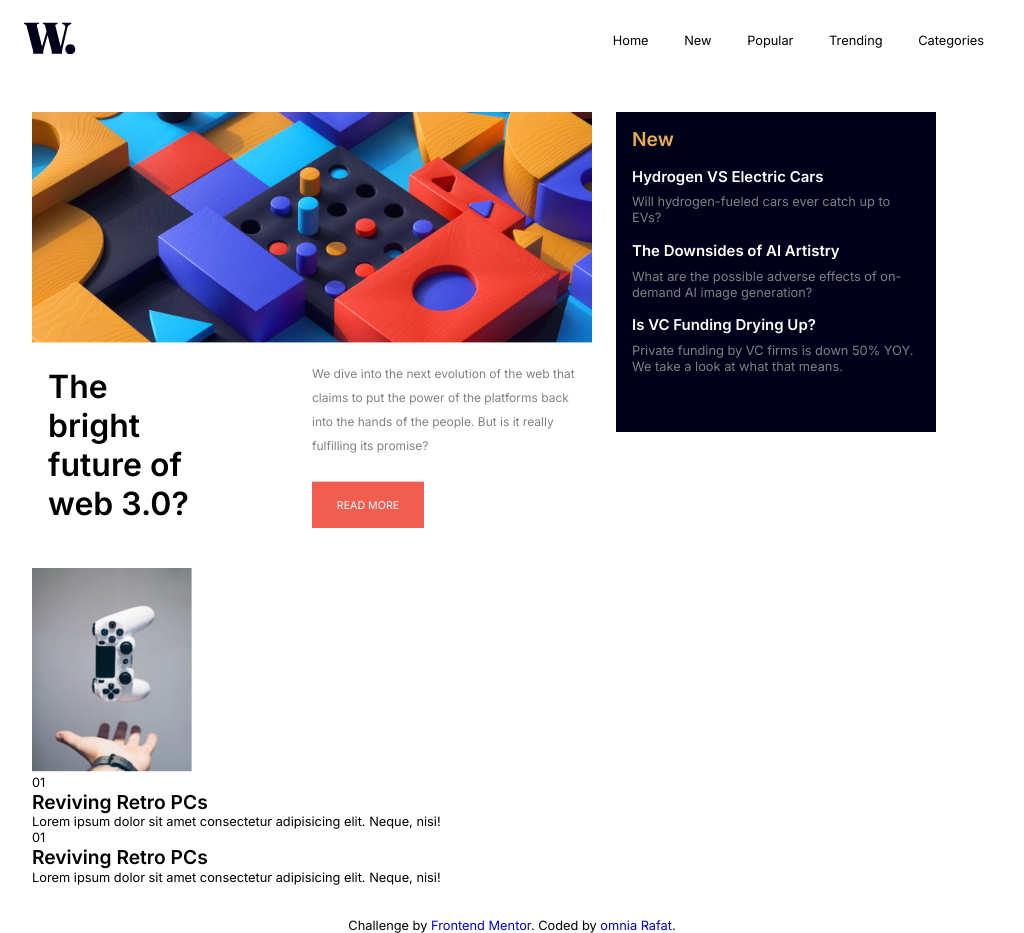
Repository: OmniaRafat232111121/HomePage
Page: index.html
The author's editor kept a copy of each file at every save. The page is drawn from the files as they stood at one save, then again after a run of saves.
The browser window is 1280 px wide. The pictures show the whole page, at 80% of full size.

Above is the page before, as saved 2022-12-17 17:21:09.

### index.html
<!DOCTYPE html>
<html lang="en">
<head>
  <meta charset="UTF-8">
  <meta name="viewport" content="width=device-width, initial-scale=1.0"> <!-- displays site properly based on user's device -->

  <link rel="icon" type="image/png" sizes="32x32" href="./assets/images/favicon-32x32.png">

  <title>Frontend Mentor | News homepage</title>
 <link rel="stylesheet" href="style.css">
</head>
<body>
  <!--header start-->
  <header class="header">
    <div class="logo">
      <a href="index.html">
        <img src="./assets/images/logo.svg" alt="image"/>
      </a>
    </div>
    <nav>
      <ul>
        <li href="index.html"><a>Home</a></li>
        <li href="#new"><a>New</a></li>
        <li href="#popular"><a>Popular</a></li>
         <li href="#trending"><a>Trending</a></li>
         <li href="#categories"><a>Categories</a></li>

      </ul>
    </nav>

  </header>
    <!--header ends-->
    <!--home start-->
    <section class="home">
      <div class="container">
        <div class="col-play">
            <img src="./assets/images/image-web-3-desktop.jpg" alt="image"/>
            <div class="content">
              <div class="heading">
                <h1>The bright future of web 3.0?</h1>

              </div>
              <div class="reading">
               <p> We dive into the next evolution of the web that claims to put the power of the platforms back into the hands of the people.
                   But is it really fulfilling its promise?</p>
                 <button>Read More</button>
                  </div>

            </div>
        </div>
        <div class="col-content">
         <div class="new">
         <h2>New</h2>
      <h3><a href="#">Hydrogen VS Electric Cars</a></h3>
      <p>Will hydrogen-fueled cars ever catch up to EVs?</p>
      <h3><a href="#">The Downsides of AI Artistry</a></h3>
      <p>What are the possible adverse effects of on-demand AI image generation?</p>
      <h3><a href="#">Is VC Funding Drying Up?</a></h3>
      <p>Private funding by VC firms is down 50% YOY. We take a look at what that means.</p>

         </div>
        </div>




        <div class="products" id="products">
          <div class="product">
            <div class="image">
            <img src="./assets/images/image-gaming-growth.jpg"/>
            </div>
            <div class="con">
              <span>01</span>
              <h2>Reviving Retro PCs</h2>
              <p>Lorem ipsum dolor sit amet consectetur adipisicing elit. Neque, nisi!</p>
            </div>

          </div>
          <div class="product">
         <span>01</span>
              <h2>Reviving Retro PCs</h2>
              <p>Lorem ipsum dolor sit amet consectetur adipisicing elit. Neque, nisi!</p>
          </div>
          <div class="product">

          </div>

        </div>
      </div>




    </section>
    <!--home end-->
  <div class="attribution">
    Challenge by <a href="https://www.frontendmentor.io?ref=challenge" target="_blank">Frontend Mentor</a>.
    Coded by <a href="#">omnia Rafat</a>.
  </div>
</body>
</html>

### style.css
@import url('https://fonts.googleapis.com/css2?family=Be+Vietnam+Pro:wght@100&family=Inter:wght@100;300;400;500;600&family=Montserrat:wght@400;700&family=Nunito:ital,wght@0,200;0,300;1,200&family=Open+Sans:ital,wght@0,300;0,600;0,700;1,300&family=Poppins:ital,wght@0,200;0,300;0,600;0,800;0,900;1,100;1,200;1,300;1,500&family=Work+Sans:ital,wght@0,100;0,200;0,400;0,500;1,200;1,300&display=swap');
*{
    margin:0;
    padding:0;
    box-sizing: border-box;
    font-family: Inter;
}
ul {
    list-style: none;
}
a{
    text-decoration: none;
}
.header{
    width: 100%;
    height:100px;
    display:flex;
    align-items: center;
    justify-content: space-between;
    padding:30px;
}
.header nav ul li{
    display: inline-block;
    padding:20px;
}
/*home*/
.home{
    padding:40px;
}
.container{
   display: grid;
    grid-template-columns: 700px 60px;
    gap: 30px;


}
.col-play{
    flex-basis: 80%;
}
.col-play img{
    max-width: 100%;
    width:100%;
}
.content{
    display:flex;
    align-items: center;
    justify-content: space-between;
    padding:20px;
}
.heading{
    flex-basis: 50%;
}
.heading h1{
    width:60%;
    font-size: 40px;
    font-weight: bold;
}
.reading{
    flex-basis: 50%;
}
.reading button{
    color:white;
    margin-top: 30px;
    background-color:hsl(5, 85%, 63%);
    border:1px solid transparent;
    padding:20px 30px ;
    text-transform: uppercase;
    display:block;
}
.reading button:hover{
color:hsl(5, 85%, 63%);
background-color: #000;
}
.reading p{
    color:hsl(0, 0%, 50%);
    line-height:2;
    font-size: 15px;
}
.col-content{
    flex-basis: 20%;
}
.new{
    width:400px;
    height:400px;
    background-color: hsl(240, 100%, 5%);
    color:#fff;
    padding:20px;
}

.new h2{
    color:hsl(35, 77%, 62%);
}
.new h3 a{
    color:#fff;
    padding-top: 20px;

}
.new h3{
    margin-top: 20px;
}
.new p{
    color:hsl(0, 0%, 50%);
    margin-top: 10px;
}
.attribution{
    text-align: center;
}

After the next 2 saves:
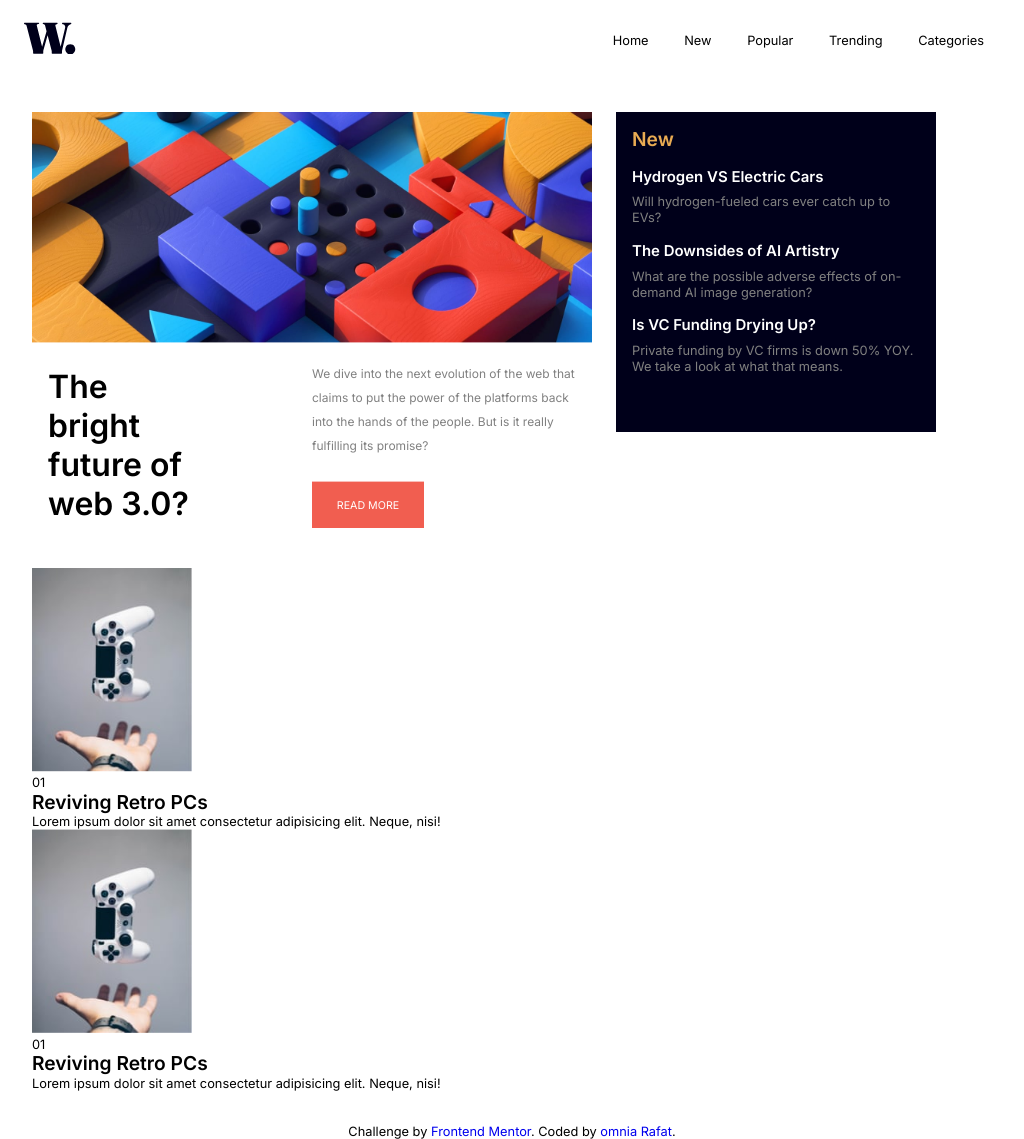
The 2 saves are shown as one change because they came seconds apart.
The last was saved 26 s later.
--- a/index.html
+++ b/index.html
@@ -77,13 +77,14 @@
 
           </div>
           <div class="product">
-         <span>01</span>
+        <div class="image">
+            <img src="./assets/images/image-gaming-growth.jpg"/>
+            </div>
+            <div class="con">
+              <span>01</span>
               <h2>Reviving Retro PCs</h2>
               <p>Lorem ipsum dolor sit amet consectetur adipisicing elit. Neque, nisi!</p>
-          </div>
-          <div class="product">
-
-          </div>
+            </div>
 
         </div>
       </div>
